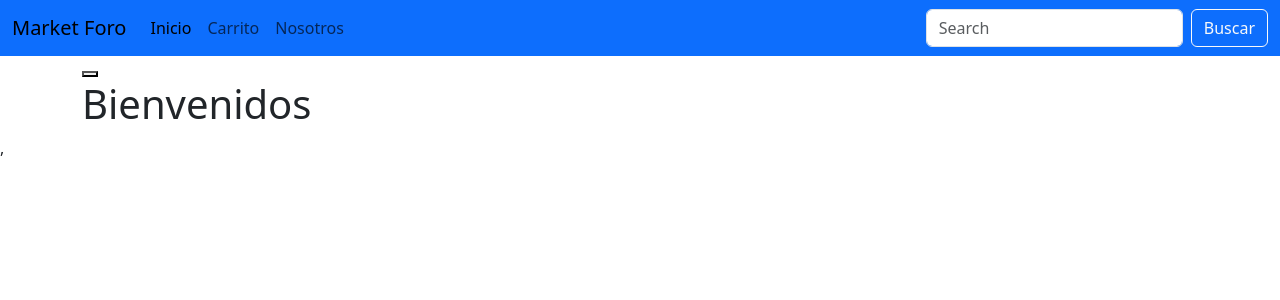
Repository: ikabeee/shopping-car
Page: /
These files come from the project's save history. The page is drawn as it stood at one moment and after the next save; the edit follows.
The browser window is 1280 px wide. The pictures show the whole page.
The page's requests for data from a server got no answer. The project was rebuilt for these pictures with package versions that can differ from the ones it lists, and the page was loaded fresh each time. No one was signed in, and anything a server would have sent is missing. Also part of the build but not shown: vite.config.ts, src/pages/Cart.tsx, src/pages/About.tsx.

Above is the page before, as saved 2024-10-18 14:44:00.

### index.html
<!doctype html>
<html lang="en">
  <head>
    <meta charset="UTF-8" />
    <link rel="icon" type="image/svg+xml" href="/vite.svg" />
    <meta name="viewport" content="width=device-width, initial-scale=1.0" />
    <title>Carrito de Compras</title>
  </head>
  <body>
    <div id="root"></div>
    <script type="module" src="/src/main.tsx"></script>
  </body>
</html>

### src/main.tsx
import { StrictMode } from 'react'
import { createRoot } from 'react-dom/client'
import App from './App.tsx'
import { BrowserRouter } from 'react-router-dom'


createRoot(document.getElementById('root')!).render(
  <BrowserRouter>
    <StrictMode>
      <App />
    </StrictMode>,
  </BrowserRouter>
)

### src/App.tsx

//Importar los estilos de bootstrap7

import 'bootstrap/dist/css/bootstrap.min.css';
import { Route, Routes } from 'react-router-dom';
import Header from './components/Header'
import Home from './pages/Home';
import Cart from './pages/Cart';
import About from './pages/About';




function App() {


  return (
    <>
      <Header/>
      <Routes>
        <Route path='/' element={<Home/>}/>
        <Route path='/cart' element={<Cart/>}/>
        <Route path='/about-us' element={<About/>} />
      </Routes>

    </>
  )
}

export default App

### src/components/Header.tsx
import { Link } from "react-router-dom"

const Header = () => {

    return (
        <>
            <nav className="navbar navbar-expand-lg bg-primary">
                <div className="container-fluid">
                    <a className="navbar-brand" href="#"> Market Foro </a>
                    <div className="collapse navbar-collapse" id="navbarTogglerDemo02">

                        <ul className="navbar-nav me-auto mb-2 mb-lg-0">
                            <li className="nav-item">
                                <Link className="nav-link active" aria-current="page" to="/">Inicio</Link>
                            </li>

                            <li className="nav-item">
                                <Link className="nav-link" to="/cart"> Carrito </Link>
                            </li>

                            <li className="nav-item">
                                <Link className="nav-link" to="/about-us"> Nosotros </Link>
                            </li>

                        </ul>

                        <div className="d-flex" role="search">
                            <input className="form-control me-2" type="search" placeholder="Search" aria-label="Search" />
                            <button className="btn btn-outline-light" > Buscar </button>
                        </div>

                    </div>
                </div>
            </nav>
        </>
    )
}

export default Header

### src/pages/Home.tsx
import { useEffect, useState } from "react"

const Home = () =>{
    const [data, setData] = useState([])
    const getProducts = async ()=>{
        const response = await fetch('https://fakestoreapi.com/products/')
        const json = await response.json()
        setData(json);
    }
    useEffect(()=>{
        getProducts();
        console.log(data)
    }, [])
    return(
        <>
        <div className="container">
            <button onClick={getProducts}></button>
            <h1>Bienvenidos</h1>
        </div>
        </>
    )
}

export default Home

After the next save:
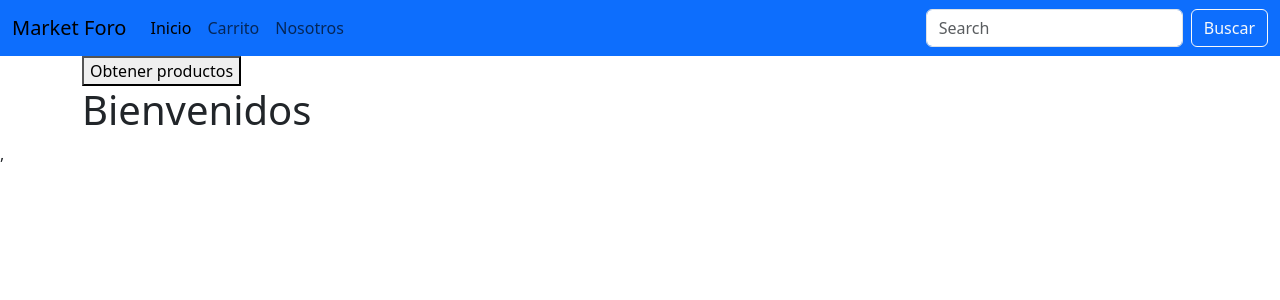
Saved 4 s later.
--- a/src/pages/Home.tsx
+++ b/src/pages/Home.tsx
@@ -14,7 +14,7 @@
     return(
         <>
         <div className="container">
-            <button onClick={getProducts}></button>
+            <button onClick={getProducts}>Obtener productos</button>
             <h1>Bienvenidos</h1>
         </div>
         </>
